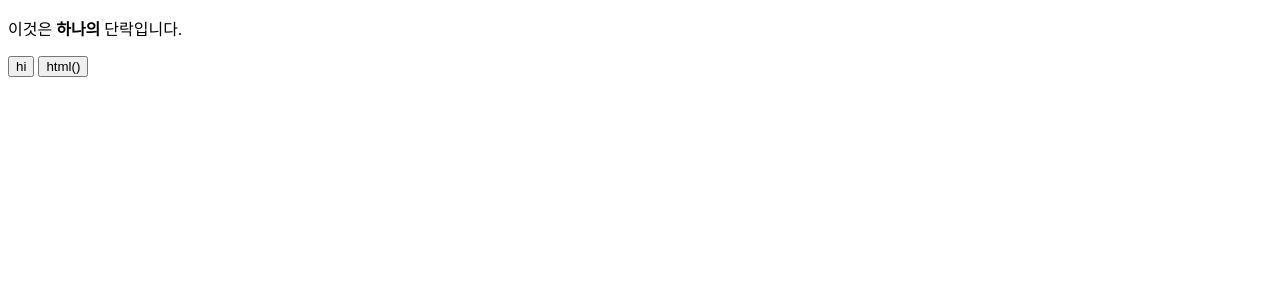
Repository: gpqls12321/public
Page: javascript_jquery/WebContent/jQuery_ex03.html
An editor plug-in stored every save of this project. The page is shown before and after the next save, followed by the edit.
The browser window is 1280 px wide. The pictures show the whole page.
After loading, the first visible `#text` was clicked once.

Above is the page before, as saved 2021-04-15 04:47:17.

### javascript_jquery/WebContent/jQuery_ex03.html
<!DOCTYPE html>
<html>
<head>
<meta charset="UTF-8">
<title>Insert title here</title>
<script type="text/javascript" src="js/jQuery3.x/jquery-3.6.0.js"></script>
<script type="text/javascript">
	$(document).ready(function() {

		$("button").click(function() {
			$("#text").text("hi");
		});

		$("#html").click(function() {
			alert("html");
		})
	});
</script>
</head>
<body>
	<p id="target">이것은 <strong>하나의</strong> 단락입니다.</p>
	<button id="text">text()</button>
	<button id="html">html()</button>
</body>
</html>

Loaded but not shown: javascript_jquery/WebContent/js/jQuery3.x/jquery-3.6.0.js (library)

After the next save:
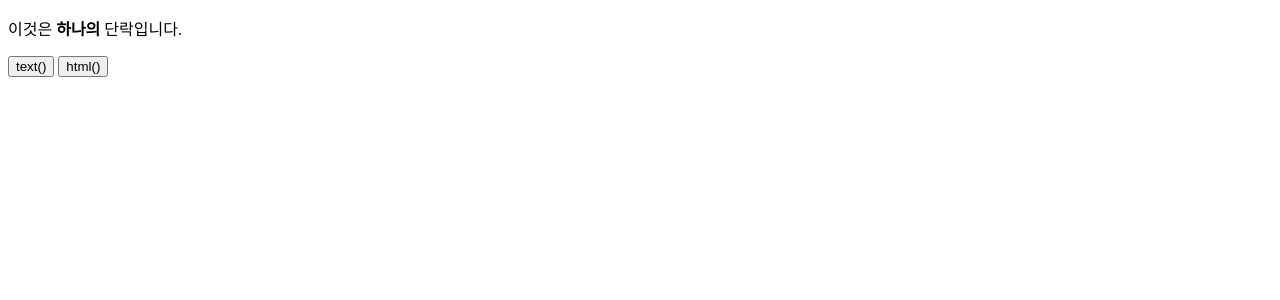
Saved 6 min 59 s later.
--- a/javascript_jquery/WebContent/jQuery_ex03.html
+++ b/javascript_jquery/WebContent/jQuery_ex03.html
@@ -7,8 +7,8 @@
 <script type="text/javascript">
 	$(document).ready(function() {
 
-		$("button").click(function() {
-			$("#text").text("hi");
+		$("#text").click(function() {
+			alert("text");
 		});
 
 		$("#html").click(function() {
